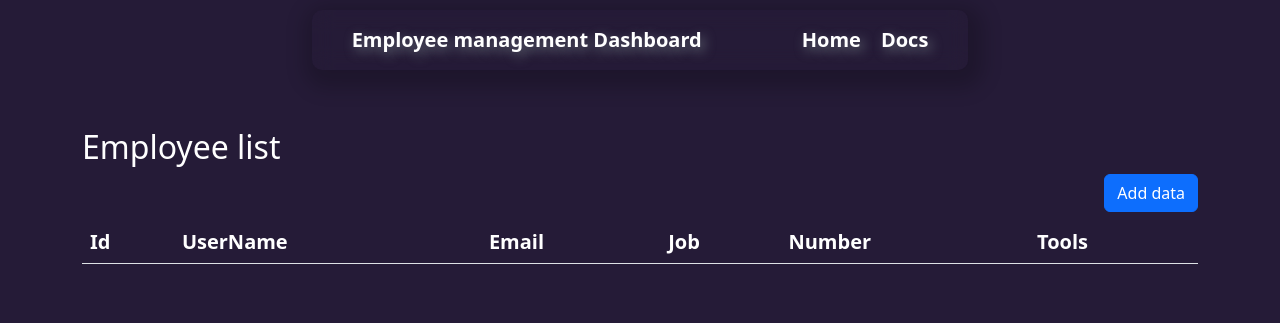
Repository: iamevs/Employee-Management-System
Page: /home (app in client/)
An editor plug-in stored every save of this project. The page is shown before and after the next save, followed by the edit.
The browser window is 1280 px wide. The pictures show the whole page.
The page's requests for data from a server got no answer. The project was rebuilt for these pictures with package versions that can differ from the ones it lists, and the page was loaded fresh each time. No one was signed in, and anything a server would have sent is missing. Also part of the build but not shown: client/vite.config.js, client/src/components/Register.jsx, client/src/components/Edit.jsx, client/src/components/Hero.jsx. Imported but missing from the stored project, and not drawn on this page: client/src/components/Details.

Above is the page before, as saved 2022-11-28 23:58:32.

### client/index.html
<html lang="en">
  <head>
    <meta charset="UTF-8" />
    <link rel="icon" type="image/svg+xml" href="/vite.svg" />
    <meta name="viewport" content="width=device-width, initial-scale=1.0" />
    <title>employee-management</title>
  </head>
  <body>
    <div id="root"></div>
    <script type="module" src="/src/main.jsx"></script>
  </body>
</html>

### client/src/main.jsx
import React, { StrictMode } from 'react';
import ReactDOM from 'react-dom';
import { createRoot } from "react-dom/client";
import './index.css';
import App from './App';
import { BrowserRouter } from "react-router-dom"
import ContextProvider from "./components/context/ContextProvider";
// root.render(
//   <StrictMode>
//   <ContextProvider>
//     <BrowserRouter>
//       <App />
//     </BrowserRouter>
//   </ContextProvider>
//   </StrictMode>
//   ,
//   document.getElementById('root')
// );


createRoot(document.getElementById('root')).render(
  <ContextProvider>
    <BrowserRouter>
      <App />
    </BrowserRouter>
  </ContextProvider>
)

### client/src/index.css
body {
  margin: 0;
  font-family: -apple-system, BlinkMacSystemFont, 'Segoe UI', 'Roboto', 'Oxygen',
    'Ubuntu', 'Cantarell', 'Fira Sans', 'Droid Sans', 'Helvetica Neue',
    sans-serif;
  -webkit-font-smoothing: antialiased;
  -moz-osx-font-smoothing: grayscale;
  background-color: #251B37 !important;
  color: #fff !important;
}

code {
  font-family: source-code-pro, Menlo, Monaco, Consolas, 'Courier New',
    monospace;
}

.btns{
  display: flex;
  justify-content: space-between;
}

### client/src/App.jsx
import './App.css';
import "../node_modules/bootstrap/dist/css/bootstrap.min.css"
import "../node_modules/bootstrap/dist/js/bootstrap.bundle.min.js"
import Navbar from './components/Navbar';
import Home from './components/Home';
import Register from './components/Register';
import Edit from './components/Edit';
import Details from './components/Details';
import Hero from "./components/Hero.jsx";
import {Routes,Route} from "react-router-dom"




function App() {
  return (
   <>
    <Navbar />
    <Routes>
      <Route path="/" element={<Hero/>} />
      <Route  path="/home" element={<Home/>} />
      <Route exact path="/register" element={<Register/>} />
      <Route exact path="/edit/:id" element={<Edit/>} />
      <Route exact path="/view/:id" element={<Details/>} />
    </Routes>

   </>
  );
}

export default App;

### client/src/components/context/ContextProvider.jsx
import React, { createContext, useState } from 'react'


export const adddata = createContext("");
export const updatedata = createContext("");
export const deldata = createContext("");

const ContextProvider = ({ children }) => {

    const [udata, setUdata] = useState("");
    const [updata, setUPdata] = useState("");
    const [dltdata, setDLTdata] = useState("");


    return (
        <adddata.Provider value={{ udata, setUdata }}>
            <updatedata.Provider value={{ updata, setUPdata }}>
                <deldata.Provider value={{dltdata, setDLTdata}}>
                    {children}
                </deldata.Provider>

            </updatedata.Provider>

        </adddata.Provider>
    )
}

export default ContextProvider;

### client/src/App.css
.add_btn{
  text-align: right;
}

.container{
  overflow: auto;
}

.left_view h3{
  font-size: 21px;
}

.left_view p{
  font-weight: 600;
}

.left_view span{
  font-weight: 400;
}

.right_view p{
  font-weight: 600;
}


.right_view span{
  font-weight: 400;
}

### client/src/components/Navbar.jsx
import React from 'react'
import { NavLink } from 'react-router-dom'
import { Box, Stack } from "@mui/material";


const Navbar = () => {
    return (
        <Stack justifyContent={"center"} direction={"row"} marginTop={"10px"}>
            <Box justifyContent={"space-between"} className="navbar navbar-expand-lg text-white" sx={{
                backgroundColor: "transparent",
                backdropFilter: "blur(10px) !important",
                position: "relative",
                color: "white",
                boxShadow: "4px 7px 20px 11px rgb(0 0 0 / 20%)",
                height: "60px",
                padding: "0 40px 0 40px",
                width: "auto",
                borderRadius: "10px"
            }}>
                <Box sx={{
                    fontSize: "20px",
                    textShadow: "3px 4px 12px #6c757d",
                    fontWeight: "bold",
                    marginRight: "100px"
                }}>Employee management Dashboard</Box>
                <Box direction={"row"}>
                    <a href="/home" style={{
                        color: "white",
                        fontSize: "20px",
                        textShadow: "3px 4px 12px #6c757d",
                        fontWeight: "bold",
                        textDecoration: "none",
                    }}>Home</a>
                    <a href="/" style={{
                        color: "white",
                        fontSize: "20px",
                        textShadow: "3px 4px 12px #6c757d",
                        fontWeight: "bold",
                        textDecoration: "none",
                        marginLeft: "20px"
                    }}>Docs</a>

                </Box>
            </Box>
        </Stack>
    )
}

export default Navbar

### client/src/components/Home.jsx
import React, { useState, useEffect, useContext } from 'react'
import ReadMoreRoundedIcon from '@mui/icons-material/ReadMoreRounded';
import NoteAltOutlinedIcon from '@mui/icons-material/NoteAltOutlined';
import DeleteOutlineIcon from '@mui/icons-material/DeleteOutline';
import { NavLink } from 'react-router-dom';
import { adddata, deldata } from './context/ContextProvider';
import { updatedata } from './context/ContextProvider'
import ReactTooltip from 'react-tooltip';

var getuserlink = "http://localhost:8001/getusers";


const Home = () => {

    const [getuserdata, setUserdata] = useState([]);

    console.log(getuserdata);

    const { udata, setUdata } = useContext(adddata);

    const {updata, setUPdata} = useContext(updatedata);

    const {dltdata, setDLTdata} = useContext(deldata);

    const getdata = async () => {

        const res = await fetch(getuserlink, {
            method: "GET",
            headers: {
                "Content-Type": "application/json"
            }
        });

        const data = await res.json();
        console.log(data);

        if (res.status === 422 || !data) {
            console.log("error ");

        } else {
            setUserdata(data)
            console.log("get data");

        }
    }

    useEffect(() => {
        getdata();
    }, [])

    const deleteuser = async (id) => {

        const res2 = await fetch(`/deleteuser/${id}`, {
            method: "DELETE",
            headers: {
                "Content-Type": "application/json"
            }
        });

        const deletedata = await res2.json();
        console.log(deletedata);

        if (res2.status === 422 || !deletedata) {
            console.log("error");
        } else {
            console.log("user deleted");
            setDLTdata(deletedata)
            getdata();
        }

    }


    return (

        <>
            {
                udata ?
                    <>
                        <div className="alert alert-success alert-dismissible fade show" role="alert">
                            <strong>{udata.name}</strong>  added succesfully!
                            <button type="button" className="btn-close" data-bs-dismiss="alert" aria-label="Close"></button>
                        </div>
                    </> : ""
            }
            {
                updata ?
                    <>
                        <div className="alert alert-success alert-dismissible fade show" role="alert">
                            <strong>{updata.name}</strong>  updated succesfully!
                            <button type="button" className="btn-close" data-bs-dismiss="alert" aria-label="Close"></button>
                        </div>
                    </> : ""
            }

            {
                dltdata ?
                    <>
                        <div className="alert alert-danger alert-dismissible fade show" role="alert">
                            <strong>{dltdata.name}</strong>  deleted succesfully!
                            <button type="button" className="btn-close" data-bs-dismiss="alert" aria-label="Close"></button>
                        </div>
                    </> : ""
            }


            <div className="mt-5">
                <div className="container">

                    <h2 style={{marginTop: "10px"}}>Employee list </h2>
                    <div className="add_btn mt-2 mb-2">
                        <NavLink to="/register" className="btn btn-primary">Add data</NavLink>
                    </div>

                    <table class="table">
                        <thead>
                            <tr className="table text-white" style={{
                                fontSize: "20px",
                            }}>
                                <th scope="col">Id</th>
                                <th scope="col">UserName</th>
                                <th scope="col">Email</th>
                                <th scope="col">Job</th>
                                <th scope="col">Number</th>
                                <th scope="col">Tools</th>
                            </tr>
                        </thead>
                        <tbody>

                            {
                                getuserdata.map((val, ind) => {
                                    return (
                                        <tr className='text-white'>
                                            <th scope="row">{ind + 1}</th>
                                            <td>{val.name}</td>
                                            <td>{val.email}</td>
                                            <td>{val.work}</td>
                                            <td>{val.mobile}</td>
                                            <td className='btns'>
                                                <NavLink to={`/view/${val._id}`} className="btn text-white" data-tip="More Details"><ReadMoreRoundedIcon/></NavLink>
                                                <NavLink to={`/update/${val._id}`} className="btn text-white" data-tip="Edit Details"><NoteAltOutlinedIcon/></NavLink>
                                                <button onClick={() => deleteuser(val._id)} className="btn text-white" data-tip="Fire Employee"><DeleteOutlineIcon /></button>
                                                <ReactTooltip />
                                            </td>
                                        </tr>
                                    )
                                })
                            }
                        </tbody>
                    </table>


                </div>
            </div>
        </>
    )
}

export default Home

After the next save:
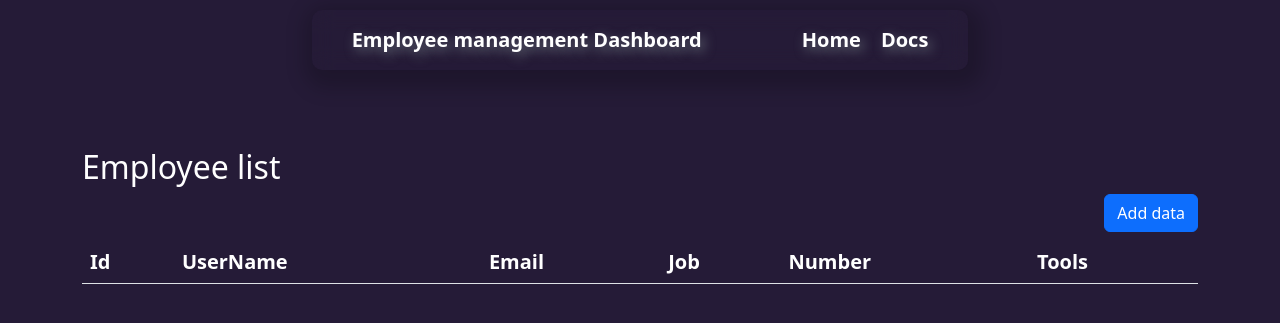
Saved 4 s later.
--- a/client/src/components/Home.jsx
+++ b/client/src/components/Home.jsx
@@ -107,7 +107,7 @@ const Home = () => {
             <div className="mt-5">
                 <div className="container">
 
-                    <h2 style={{marginTop: "10px"}}>Employee list </h2>
+                    <h2 style={{marginTop: "30px"}}>Employee list </h2>
                     <div className="add_btn mt-2 mb-2">
                         <NavLink to="/register" className="btn btn-primary">Add data</NavLink>
                     </div>
